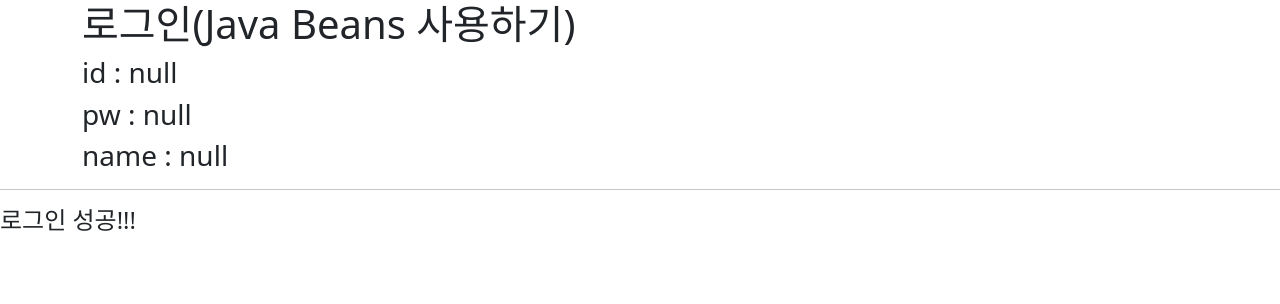
Repository: yeobleeme/06_jsp_basic
Page: http://localhost/jsp01_basic/jsp07_beans/jsp02_member.jsp
These files come from the project's save history. The page is drawn as it stood at one moment and after the next save; the edit follows.
The browser window is 1280 px wide. The pictures show the whole page.
The page is served by Tomcat 9.

Above is the page before, as saved 2023-05-11 07:29:09.

After the next save:
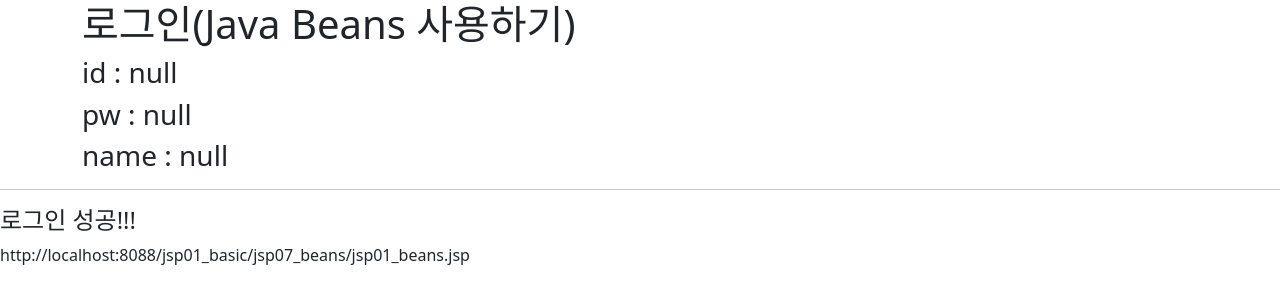
Saved 17 h 4 min later.
--- a/jsp01_basic/WebContent/jsp07_beans/jsp02_member.jsp
+++ b/jsp01_basic/WebContent/jsp07_beans/jsp02_member.jsp
@@ -20,3 +20,5 @@
 	<h4>로그인 성공!!!</h4>
 </body>
 </html>
+
+http://localhost:8088/jsp01_basic/jsp07_beans/jsp01_beans.jsp
